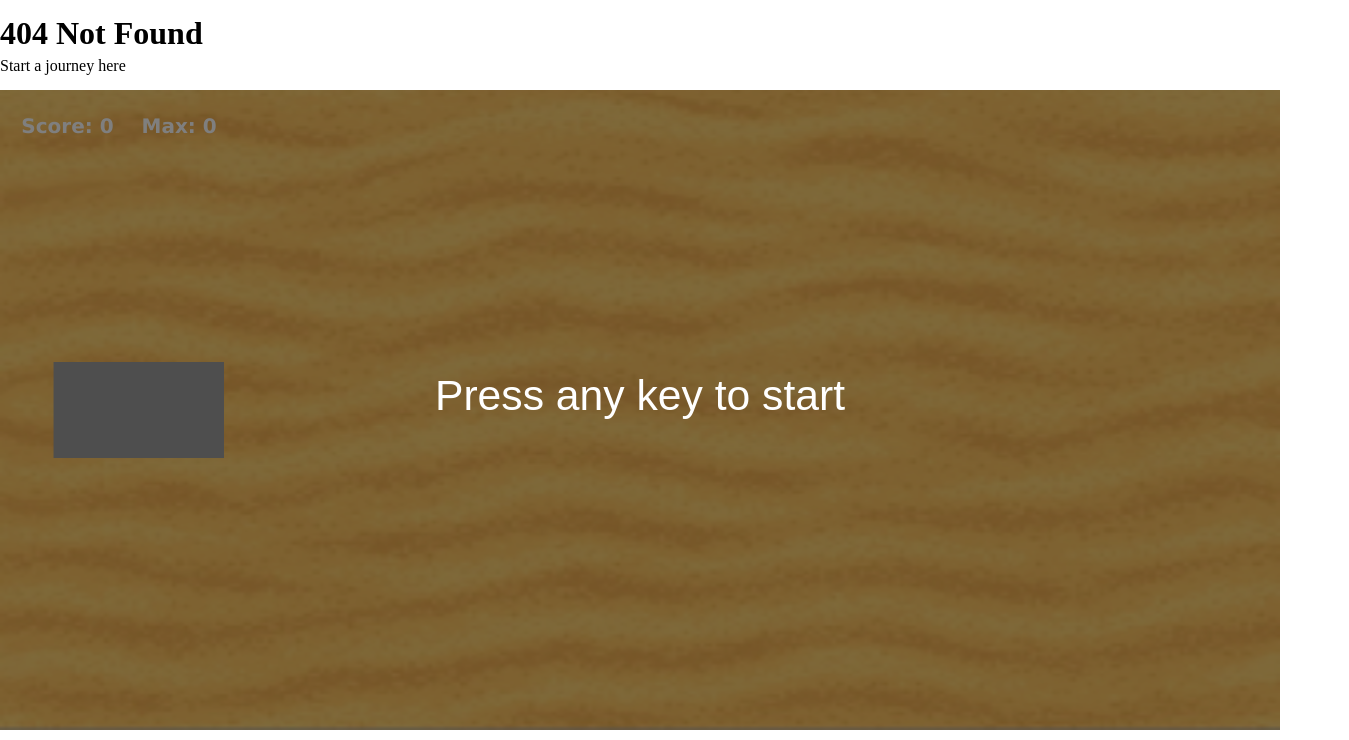
Repository: btgoo/game
Page: car.html
The author's editor kept a copy of each file at every save. The page is drawn from the files as they stood at one save, then again after the next save.
The browser window is 1280 px wide. The page is 1280 px wide, then 1349 px, so the pictures cover 1349 px, including what lies to the right of the window. The pictures show the whole page.

Above is the page before, as saved 2025-10-26 02:39:32.

After the next save:
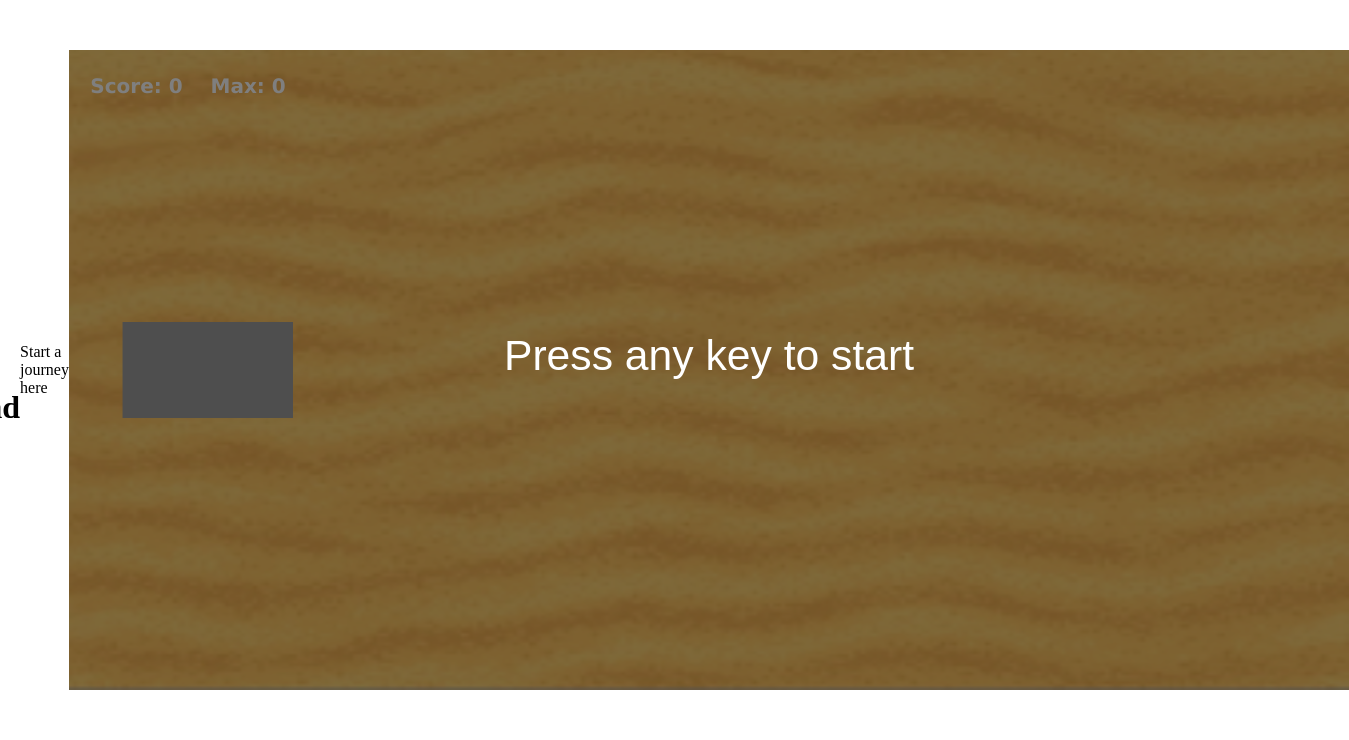
Saved 7 s later.
--- a/car_style.css
+++ b/car_style.css
@@ -5,7 +5,7 @@
     margin: 0px;
 }
 body{
-    /* display:flex; */
+    display:flex;
     align-items: center;
     justify-content: center;
     height: 100vh;
